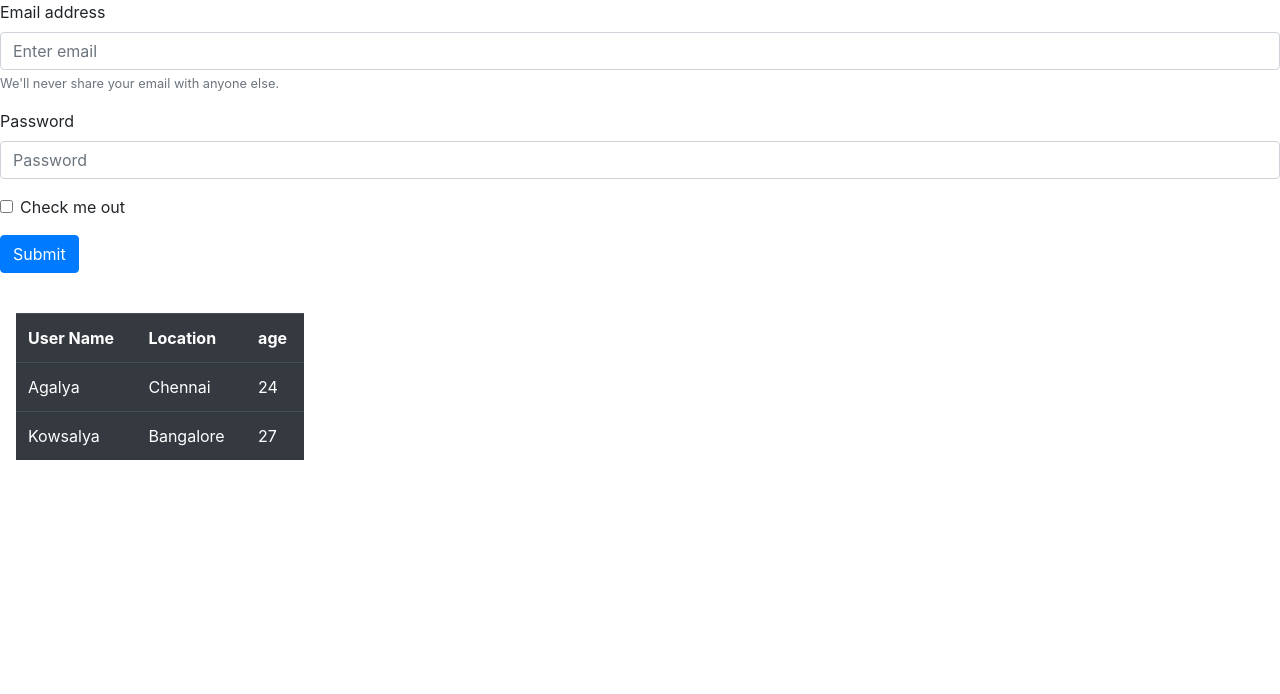
Repository: rajeshkannane/java1
Page: Form/public/index.html
These files come from the project's save history. The page is drawn as it stood at one moment and after the next save; the edit follows.
The browser window is 1280 px wide. The pictures show the whole page.

Above is the page before, as saved 2022-11-14 16:46:33.

After the next save:
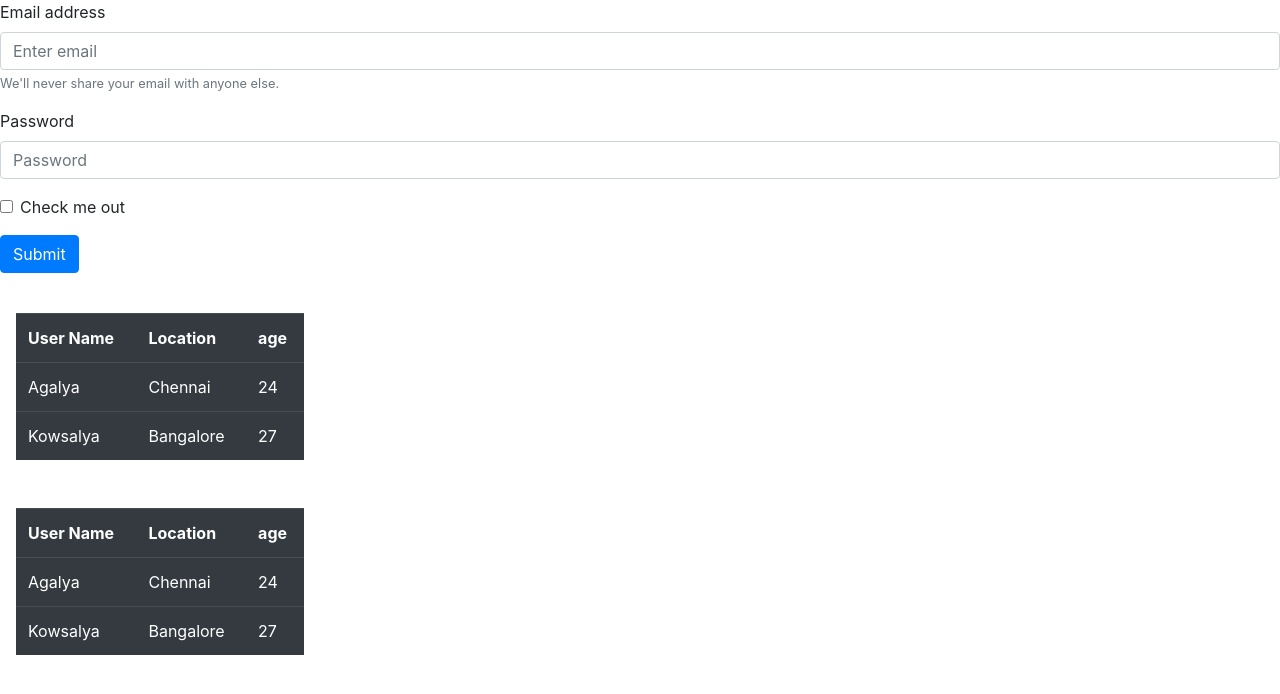
Saved 88 s later.
--- a/Form/public/index.html
+++ b/Form/public/index.html
@@ -44,5 +44,24 @@
   </tr>
     </table>
     </div>
+    <div class="col-sm-3 p-3" >
+<table class="table table-dark" style="text-align:1%">
+  <tr>
+    <th>User Name</th>
+    <th>Location</th>
+    <th>age</th>
+  </tr>
+  <tr>
+    <td>Agalya</td>
+    <td>Chennai</td>
+    <td>24</td>
+  </tr>
+  <tr>
+    <td>Kowsalya</td>
+    <td>Bangalore</td>
+    <td>27</td>
+  </tr>
+    </table>
+    </div>
 </body>
 </html>
